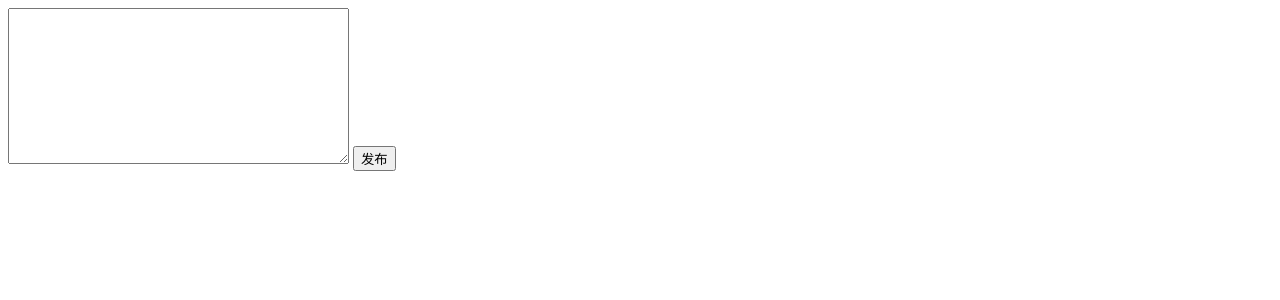
Repository: Sky0258/study
Page: js/9.发布留言案例.html
These files come from the project's save history. The page is drawn as it stood at one moment and after the next save; the edit follows.
The browser window is 1280 px wide. The pictures show the whole page.

Above is the page before, as saved 2022-09-11 17:10:24.

### js/9.发布留言案例.html
<!-- 创建新的节点放置到某个特定节点里面，可以放在其子节点的后面 （类似push），也可以设置某个特定的子节点前面 -->
<!DOCTYPE html>
<html lang="en">
<head>
    <meta charset="UTF-8">
    <meta http-equiv="X-UA-Compatible" content="IE=edge">
    <meta name="viewport" content="width=device-width, initial-scale=1.0">
    <title>Document</title>
</head>
<body>
    <textarea cols="40" rows="10"></textarea>
    <button>发布</button>
</body>
</html>

After the next save:
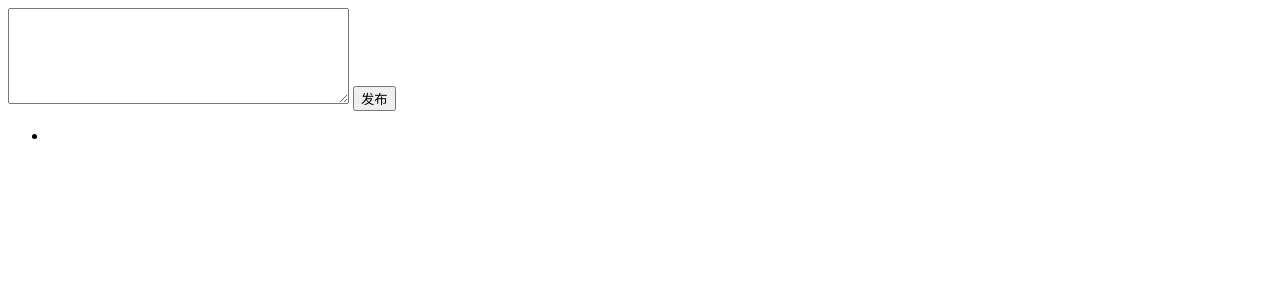
Saved 25 s later.
--- a/js/9.发布留言案例.html
+++ b/js/9.发布留言案例.html
@@ -8,7 +8,12 @@
     <title>Document</title>
 </head>
 <body>
-    <textarea cols="40" rows="10"></textarea>
+    <textarea cols="40" rows="6"></textarea>
     <button>发布</button>
+    <ul>
+        <li></li>
+    </ul>
 </body>
+
+<style></style>
 </html>
